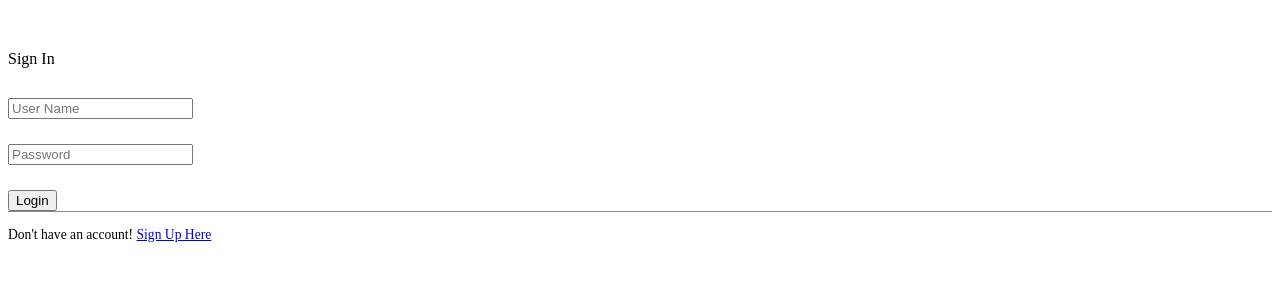
Repository: SmithaMendonca/Project-2
Page: EduCollaborationFrontend/WebContent/c_user/Login.html
These files come from the project's save history. The page is drawn as it stood at one moment and after the next save; the edit follows.
The browser window is 1280 px wide. The pictures show the whole page.

Above is the page before, as saved 2019-07-12 05:19:43.

### EduCollaborationFrontend/WebContent/c_user/Login.html
<div class="container">
        <div id="loginbox" style="margin-top:50px;" class="mainbox col-md-6 col-md-offset-3 col-sm-8 col-sm-offset-2">
            <div class="panel panel-info" >
                    <div class="panel-heading">
                        <div class="panel-title">Sign In</div>
                    </div>

                    <div style="padding-top:30px" class="panel-body" >

                        <div style="display:none" id="login-alert" class="alert alert-danger col-sm-12"></div>

                            <div style="margin-bottom: 25px" class="input-group">
                                        <span class="input-group-addon"><i class="glyphicon glyphicon-user"></i></span>
                                        <input id="login-username" type="text" class="form-control" name="username" value="" ng-model="userDetail.username" placeholder="User Name">
                                    </div>

                            <div style="margin-bottom: 25px" class="input-group">
                                        <span class="input-group-addon"><i class="glyphicon glyphicon-lock"></i></span>
                                        <input id="login-password" type="password" class="form-control" name="password" ng-model="userDetail.password" placeholder="Password">
                                    </div>


                                <div style="margin-top:10px" class="form-group">
                                    <!-- Button -->
                                    <div class="col-sm-12 controls">
                                         <input type="submit" value="Login" class="btn btn-success" ng-click="checkUser()"/>
                                    </div>
                                </div>


                                <div class="form-group">
                                    <div class="col-md-12 control">
                                        <div style="border-top: 1px solid#888; padding-top:15px; font-size:85%" >
                                            Don't have an account!
                                        <a href="#">
                                            Sign Up Here
                                        </a>
                                        </div>
                                    </div>
                                </div>
                         </div>
                    </div>
               </div>
    </div>

</body>
</html>

After the next save:
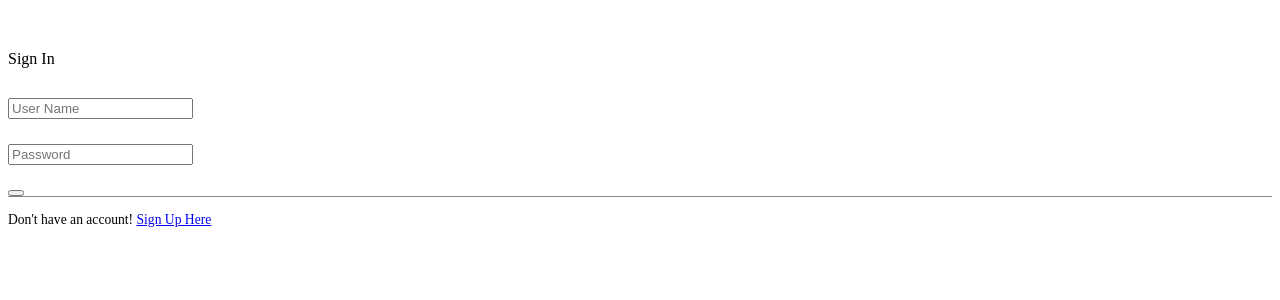
Saved 86 s later.
--- a/EduCollaborationFrontend/WebContent/c_user/Login.html
+++ b/EduCollaborationFrontend/WebContent/c_user/Login.html
@@ -23,7 +23,7 @@
                                 <div style="margin-top:10px" class="form-group">
                                     <!-- Button -->
                                     <div class="col-sm-12 controls">
-                                         <input type="submit" value="Login" class="btn btn-success" ng-click="checkUser()"/>
+                                         <button type="submit" value="Login" class="btn btn-success" ng-click="checkUser()"></button>
                                     </div>
                                 </div>
 

After the save that followed:
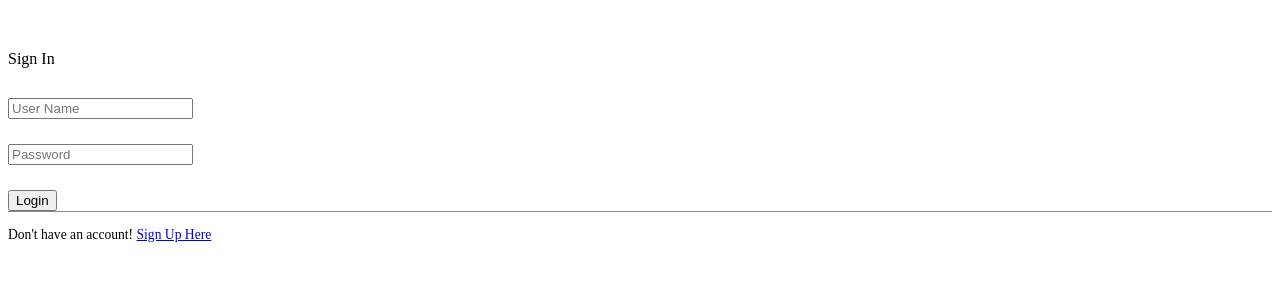
Saved 23 s later.
--- a/EduCollaborationFrontend/WebContent/c_user/Login.html
+++ b/EduCollaborationFrontend/WebContent/c_user/Login.html
@@ -23,7 +23,7 @@
                                 <div style="margin-top:10px" class="form-group">
                                     <!-- Button -->
                                     <div class="col-sm-12 controls">
-                                         <button type="submit" value="Login" class="btn btn-success" ng-click="checkUser()"></button>
+                                         <button type="submit" value="Login" class="btn btn-success" ng-click="checkUser()">Login</button>
                                     </div>
                                 </div>
 
